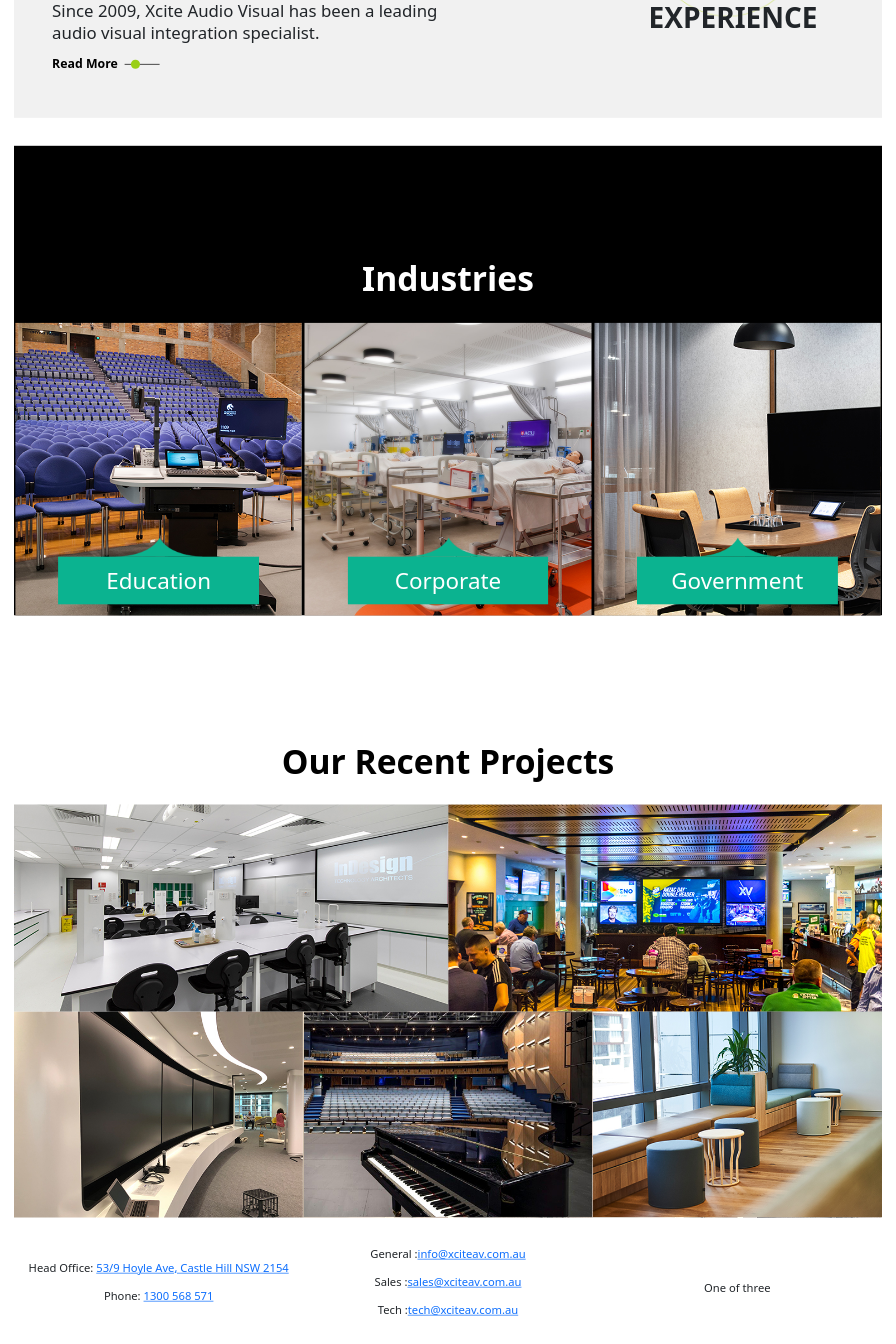
Repository: Imprasna/designplus
Page: index.html
An editor plug-in stored every save of this project. The page is shown before and after the next save, followed by the edit.
The browser window is 1280 px wide. The pictures show the part of the page from y = 1105 to 3025 px (the page is 3025 px tall), at 70% of full size.

Above is the page before, as saved 2022-03-16 23:20:32.

After the next save:
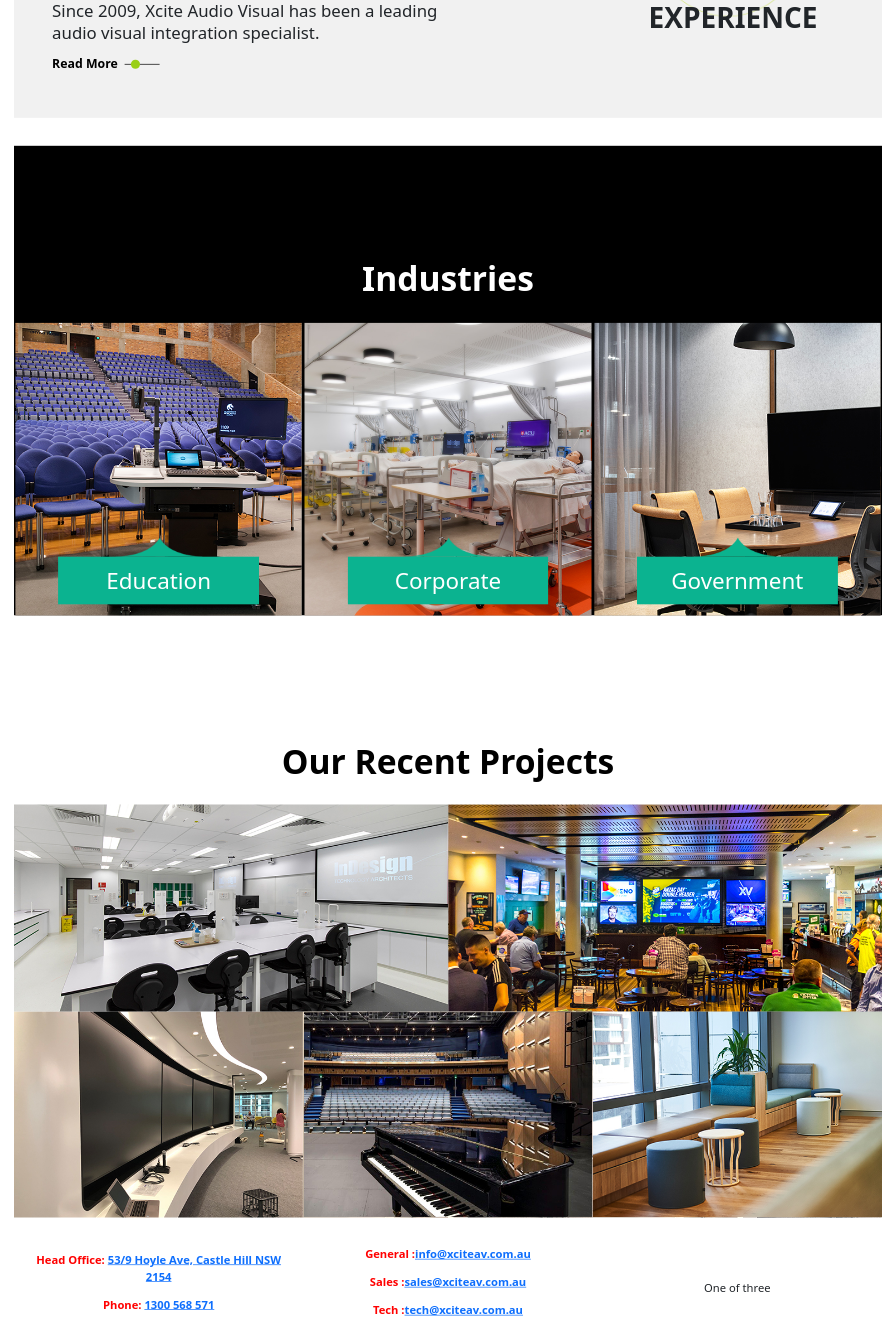
Saved 13 s later.
--- a/style.css
+++ b/style.css
@@ -224,7 +224,7 @@
     background: #fff;
 }
 
-.col-md-4.justify-content-center.text-center > p {
+.col-md-4.text-center > p {
     color: red;
     font-weight: 600;
 }
